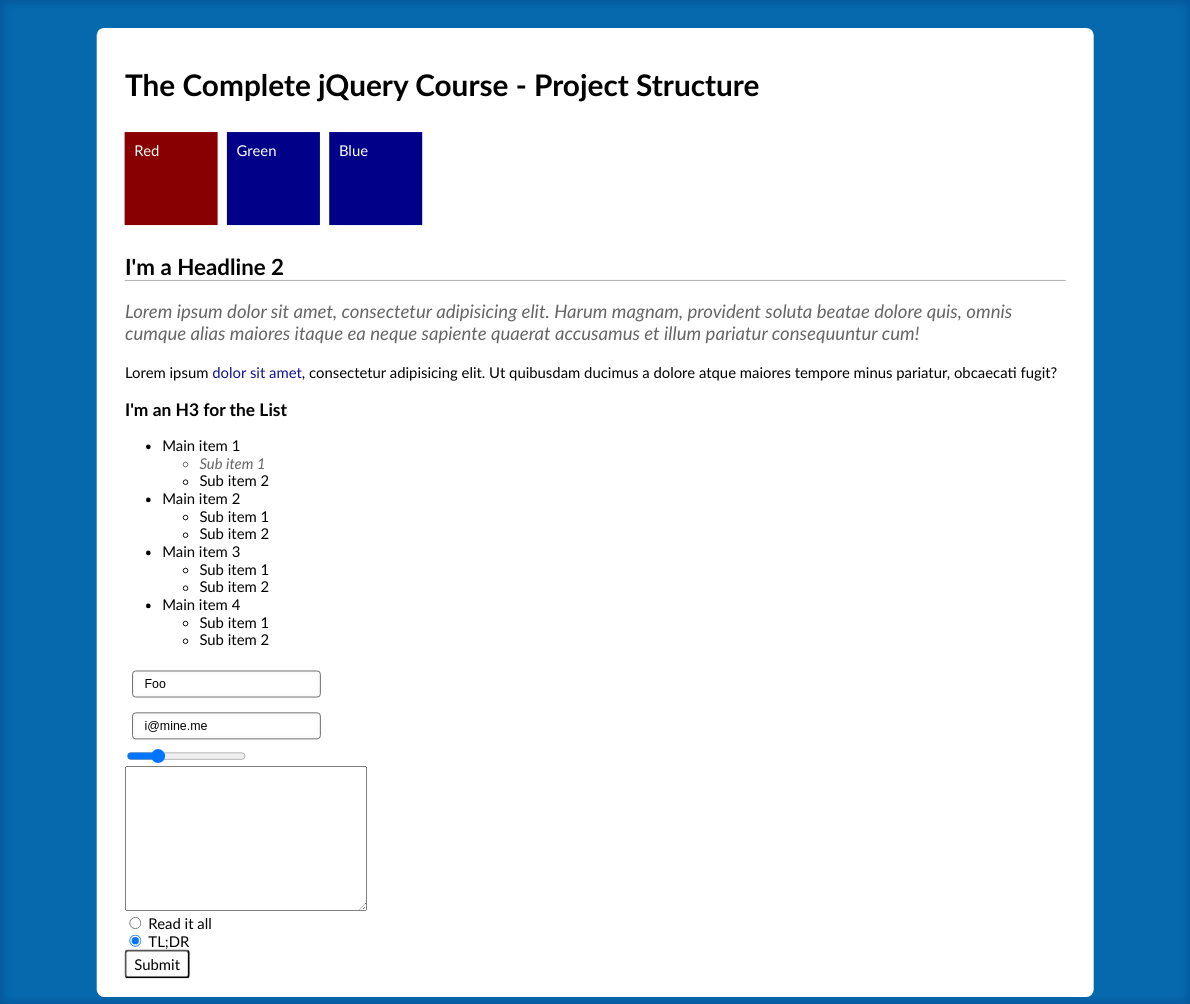
Repository: vpriyankaprabhu/Jquery-examples
Page: 06/mouseenter-mouseleave/index.html
The author's editor kept a copy of each file at every save. The page is drawn from the files as they stood at one save, then again after the next save.
The browser window is 1280 px wide. The pictures show the whole page, at 93% of full size.

Above is the page before, as saved 2024-12-30 15:30:33.

### 06/mouseenter-mouseleave/index.html
<!DOCTYPE html>
<html lang="en">
<head>
  <meta charset="UTF-8">
  <script src="https://code.jquery.com/jquery-1.12.3.min.js" integrity="sha256-aaODHAgvwQW1bFOGXMeX+pC4PZIPsvn2h1sArYOhgXQ=" crossorigin="anonymous"></script>
  <script src="js/script.js"></script>
  <link rel="stylesheet" href="css/style.css">
  <title>The Complete jQuery Course - Course Code</title>
</head>
<body>
  <div id="content">
    <h1>The Complete jQuery Course - Project Structure</h1>

    <div class="red-box">Red</div>
    <div class="green-box">Green</div>
    <div class="blue-box">Blue</div>
    <div class="clear"></div>

    <h2>I'm a Headline 2</h2>
    <p>Lorem ipsum dolor sit amet, consectetur adipisicing elit. Harum magnam, provident soluta beatae dolore quis, omnis cumque alias maiores itaque ea neque sapiente quaerat accusamus et illum pariatur consequuntur cum!</p>
    <p>Lorem ipsum <a id="link" title="An amazing link" href="/url">dolor sit amet</a>, consectetur adipisicing elit. Ut quibusdam ducimus a dolore atque maiores tempore minus pariatur, obcaecati fugit?</p>

    <h3>I'm an H3 for the List</h3>
    <!-- An unordered list with ID "list" -->
    <ul id="list">
      <li>Main item 1
        <ul>
          <li>Sub item 1</li>
          <li>Sub item 2</li>
        </ul></li>
      <li>Main item 2
        <ul>
          <li>Sub item 1</li>
          <li>Sub item 2</li>
        </ul></li>
      <li>Main item 3
        <ul>
          <li>Sub item 1</li>
          <li>Sub item 2</li>
        </ul></li>
      <li>Main item 4
        <ul>
          <li>Sub item 1</li>
          <li>Sub item 2</li>
        </ul></li>
    </ul>

    <!-- A form element without class or ID  -->
    <form action="">
      <input type="text" value="Foo"><br>
      <input type="email" value="i@mine.me"><br>
      <input type="range" min="1" max="10" value="3"><br>
      <textarea name="message" id="message" cols="30" rows="10"></textarea><br>
      <input type="radio" name="toc" value="read" id="read"> <label for="read">Read it all</label> <br>
      <input type="radio" name="toc" value="tldr" checked> <label for="tldr">TL;DR</label> <br>
      <input type="submit" value="Submit">
    </form>
</body>
</html>

### 06/mouseenter-mouseleave/js/script.js
$(function () {

  // Additional CSS classes can be added to an element via addClass()

  // For instance, add the class .fancy-link to all anchor tags.
  // Note that you *do not* add a dot in front of the class name here.
  $("a").addClass("fancy-link");

  // You can also add multiple classes at once.
  $("p:first").addClass("large emphasize");

  // To attach a class based on the index of the element in your selected
  // set of elements, you can use a callback function.
  $("li li").addClass(function(index) {
    // This adds classes .item-0, .item-1, ... to the list's sub-items.
    $(this).addClass("item-" + index);
  });

  // You can even use two parameters for the callback function, the index
  // and the current class of the element.
  $("div").addClass(function(index, currentClasses) {
    console.log(currentClasses);  // String containing all classes

    // Add .red-box if the current classes contain "dummy"
    if (currentClasses.indexOf("dummy") !== -1) {
      return "red-box";
    }
  });

  // You can again chain these calls to switch one class for another.
  $(".green-box").removeClass("green-box").addClass("blue-box");

  // To quickly toggle one particular CSS class, use toggleClass().
  $("li li:first").toggleClass("emphasize");


  $(".dummy").removeClass("dummy").addClass("green-box")
  //$(".clear").removeClass("clear").addClass("red-box")
});

### 06/mouseenter-mouseleave/css/style.css
.lightbox {
  position: absolute;
  top: 0;
  left: 0;
  display: none;
  width: 30%;
  height: 60%;
  padding: 15% 35% 25% 35%;
  color: #000000;
  background-color: rgba(200, 100, 0, 0.9);
  text-align: center;
  text-shadow: #333 0 1px 0; }

.red-box {
  float: left;
  width: 80px;
  height: 80px;
  margin: 10px 10px 10px 0;
  padding: 10px;
  color: #ffffff;
  background-color: #880000; }

.green-box {
  float: left;
  width: 80px;
  height: 80px;
  margin: 10px 10px 10px 0;
  padding: 10px;
  color: #ffffff;
  background-color: #008800; }

.blue-box {
  float: left;
  width: 80px;
  height: 80px;
  margin: 10px 10px 10px 0;
  padding: 10px;
  color: #ffffff;
  background-color: #000088; }

.large {
  font-size: 125%;
}

.emphasize {
  color: #666;
  font-style: italic;
}

fieldset {
  border-radius: 4px;
  -moz-border-radius: 4px;
  -webkit-border-radius: 4px; }

label {
  display: inline-block;
  min-width: 100px; }

input[type="text"], input[type="email"], input[type="password"], input[type="tel"] {
  margin: 8px;
  padding: 6px 12px;
  outline: none;
  border: 1px solid #666;
  border-radius: 4px;
  box-shadow: inset 0 0 3px 3px #fafafa; }

input[type="submit"] {
  font-family: "Trebuchet MS", Verdana, Arial, sans-serif;
  font-size: 16px;
  padding: 4px 8px;
  background-color: #fcfcfc;
  box-shadow: 0 0 1px 0 #aaa;
  -webkit-border-radius: 4px;
  -moz-border-radius: 4px;
  border-radius: 4px; }
  input[type="submit"]:hover {
    background-color: #f4f4f4;
    box-shadow: 0 0 1px 0 #ccc; }

html {
  min-height: 100%;
  background-color: #0769ad;
  box-shadow: 0 0 8px 4px #06599d inset; }

body {
  font-size: 16px;
  font-family: "Trebuchet MS", Verdana, Arial, sans-serif; }

.clear {
  clear: both; }

#content {
  overflow: auto;
  width: 80%;
  background-color: #fff;
  margin: 30px auto 0 auto;
  padding: 20px 30px;
  border-radius: 8px;
  -moz-border-radius: 8px;
  -webkit-border-radius: 8px; }

h1 {
  color: #000; }

h2 {
  border-bottom: 1px solid #aaa; }

#dashboard {
  position: absolute;
  width: 120px;
  height: 60%;
  left: -140px;
  top: 100px;
  padding: 20px;
  border-radius: 0 6px 6px 0;
  box-shadow: 0 0 3px 3px #f0f0f0;
  background-color: #999; }

.fancy-link {
  display: inline-block;
  text-decoration: none;
  color: #111199; }

.fancy-link:after {
  display: block;
  content: '';
  border-bottom: solid 1px #22a;
  transform: scaleX(0.0001);
  transition: transform 250ms ease-in-out; }

.fancy-link:hover:after {
  transform: scaleX(1); }

/*# sourceMappingURL=style.css.map */

After the next save:
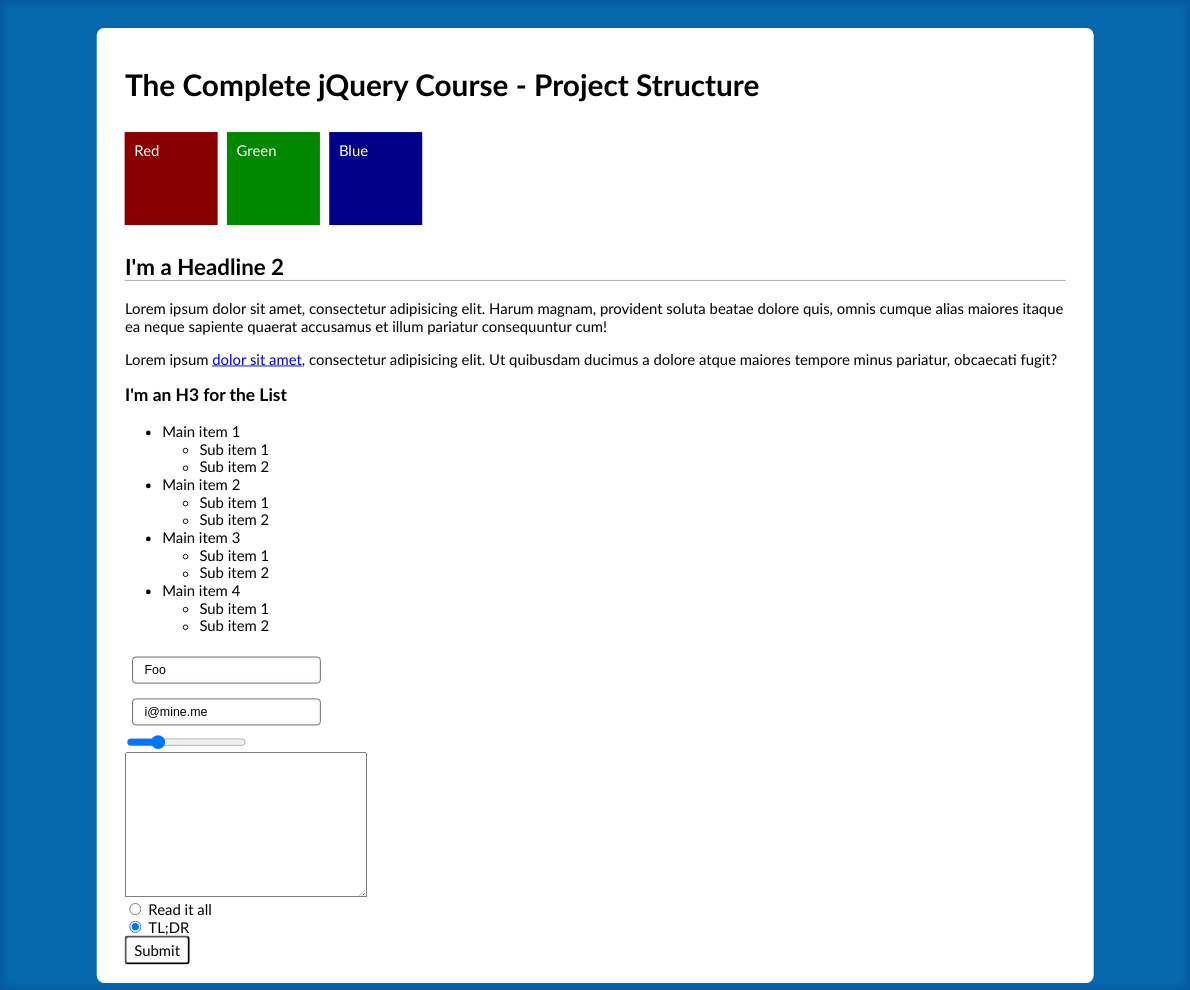
Saved 14 s later.
--- a/06/mouseenter-mouseleave/js/script.js
+++ b/06/mouseenter-mouseleave/js/script.js
@@ -1,39 +1,13 @@
 $(function () {
 
-  // Additional CSS classes can be added to an element via addClass()
-
-  // For instance, add the class .fancy-link to all anchor tags.
-  // Note that you *do not* add a dot in front of the class name here.
-  $("a").addClass("fancy-link");
-
-  // You can also add multiple classes at once.
-  $("p:first").addClass("large emphasize");
-
-  // To attach a class based on the index of the element in your selected
-  // set of elements, you can use a callback function.
-  $("li li").addClass(function(index) {
-    // This adds classes .item-0, .item-1, ... to the list's sub-items.
-    $(this).addClass("item-" + index);
+  // While hover() with one callback function triggers both when entering and
+  // leaving the element with the cursor, mouseenter() and mouseleave() allow
+  // you to attach different event handlers for both.
+  $(".blue-box").mouseenter(function() {
+    $(this).stop().fadeTo(500, 0.5);
   });
 
-  // You can even use two parameters for the callback function, the index
-  // and the current class of the element.
-  $("div").addClass(function(index, currentClasses) {
-    console.log(currentClasses);  // String containing all classes
-
-    // Add .red-box if the current classes contain "dummy"
-    if (currentClasses.indexOf("dummy") !== -1) {
-      return "red-box";
-    }
+  $(".blue-box").mouseleave(function() {
+    $(this).stop().fadeTo(500, 1);
   });
-
-  // You can again chain these calls to switch one class for another.
-  $(".green-box").removeClass("green-box").addClass("blue-box");
-
-  // To quickly toggle one particular CSS class, use toggleClass().
-  $("li li:first").toggleClass("emphasize");
-
-
-  $(".dummy").removeClass("dummy").addClass("green-box")
-  //$(".clear").removeClass("clear").addClass("red-box")
 });
